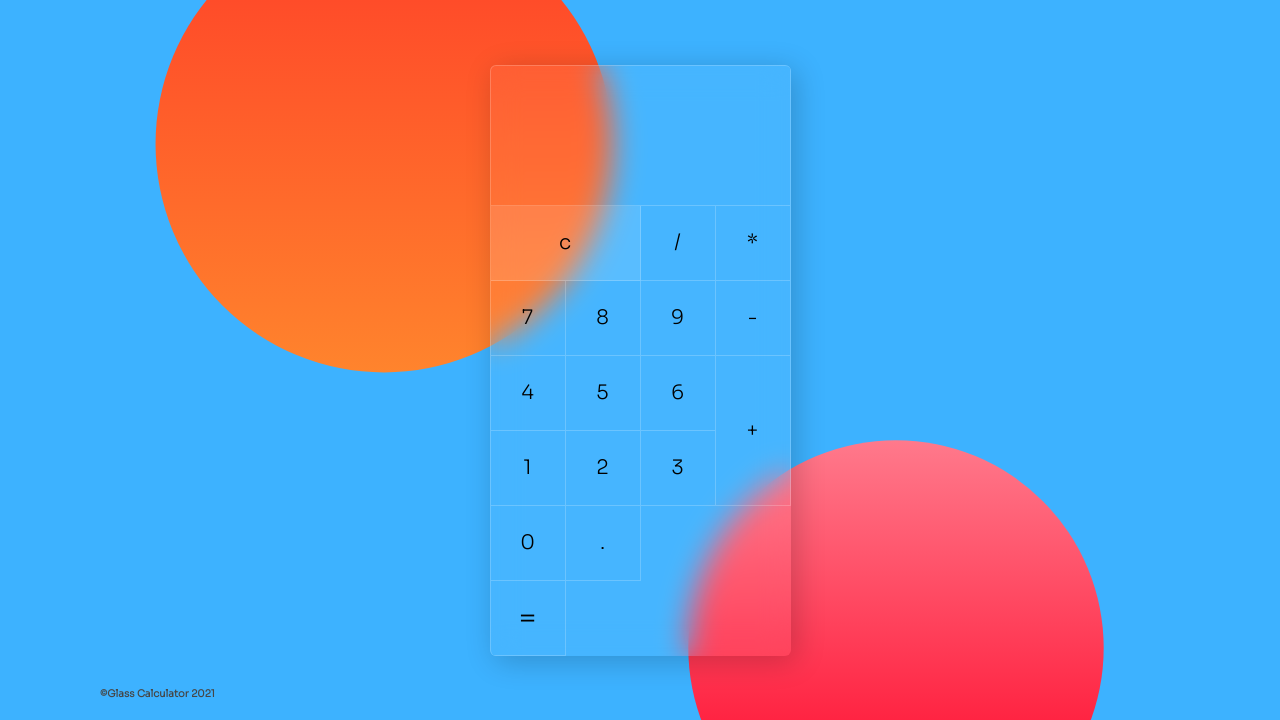
Repository: tharunkumaar404/Glass-Calci
Page: index.html
The author's editor kept a copy of each file at every save. The page is drawn from the files as they stood at one save, then again after the next save.
The browser window is 1280 px wide. The pictures show the whole page.

Above is the page before, as saved 2021-08-26 15:33:17.

After the next save:
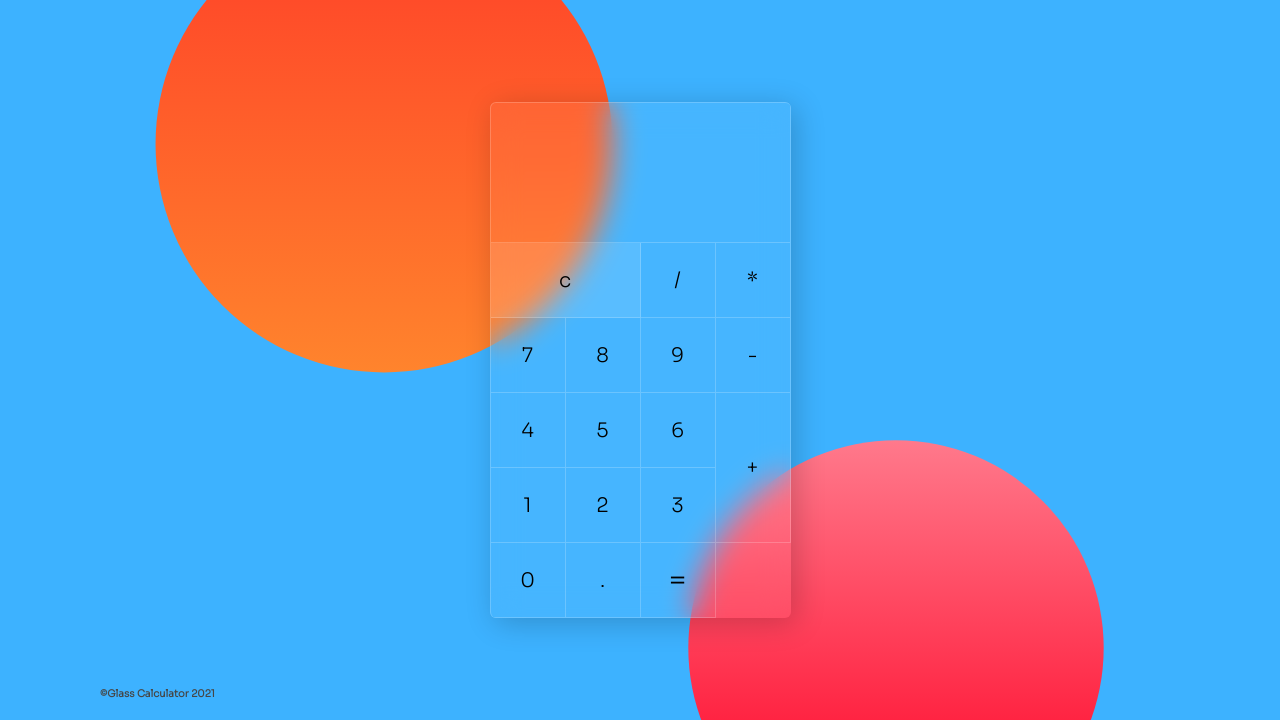
Saved 10 s later.
--- a/styles.css
+++ b/styles.css
@@ -73,7 +73,7 @@ body::after{
 
 }
 .container .calculator .equal{
-    grid-column: span 4;
+    grid-column: span 1;
     height: 75x;
     width:75x;
     text-align:right;
